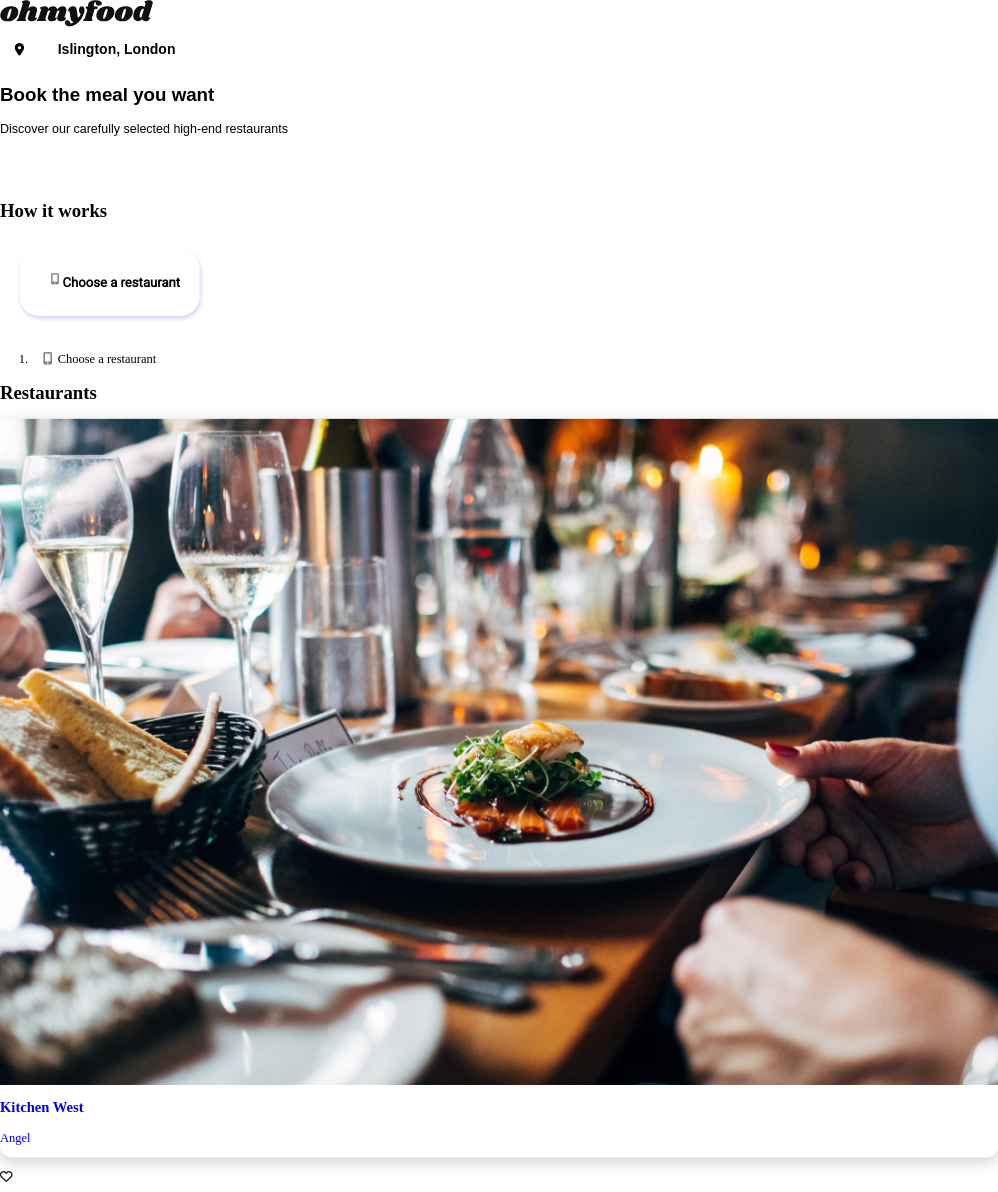
Repository: R1ptou/Project-3
Page: index.html
The author's editor kept a copy of each file at every save. The page is drawn from the files as they stood at one save, then again after the next save.
The browser window is 1280 px wide. The pictures show the whole page, at 78% of full size.
Some web fonts or font styles are not loaded; a fallback is used. The style sheet was rebuilt from its Sass, Less or Tailwind sources for each picture, by a compiler version that may differ from the author's.

Above is the page before, as saved 2024-03-21 15:55:37.

After the next save:
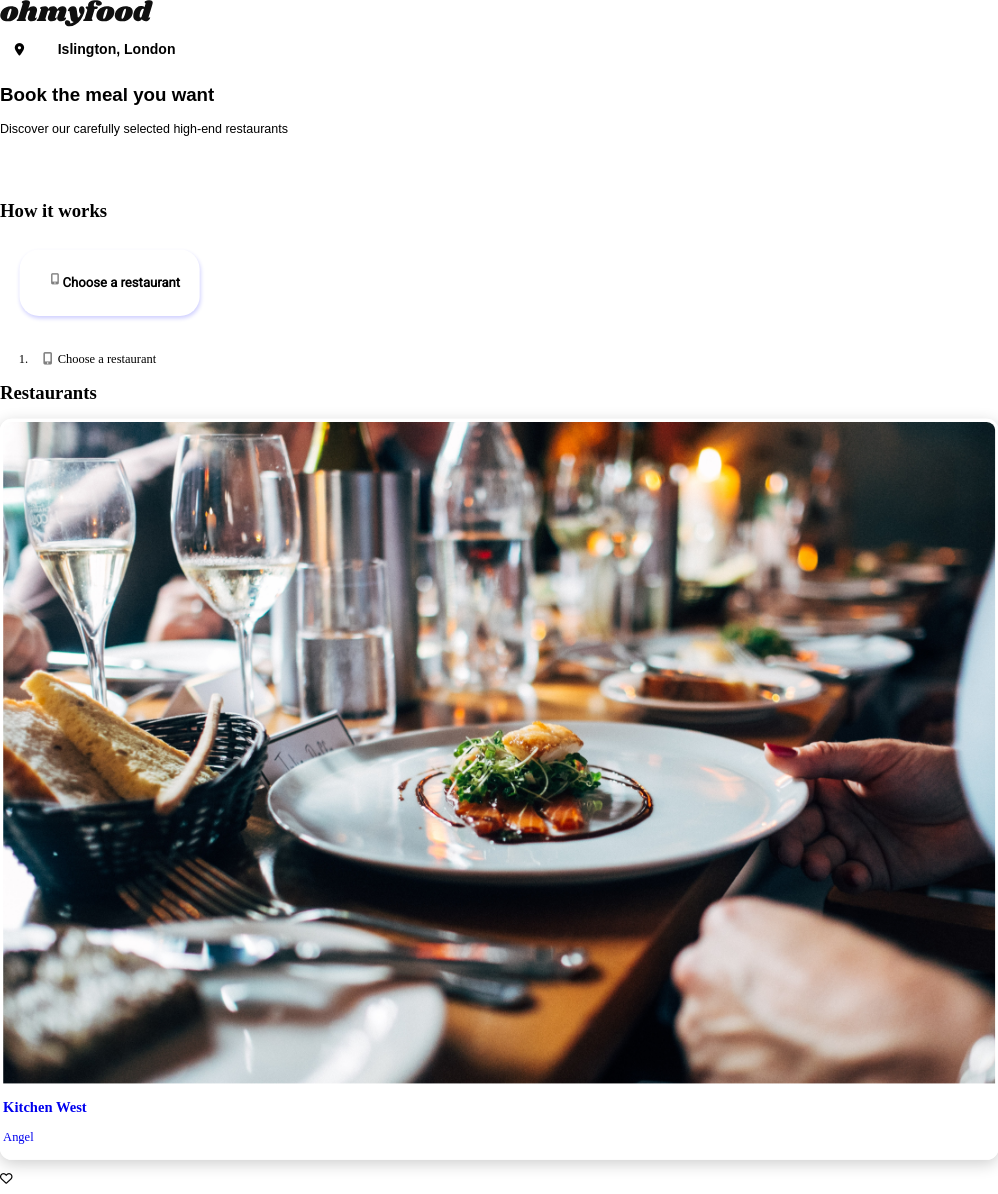
Saved 58 s later.
--- a/scss/_card.scss
+++ b/scss/_card.scss
@@ -39,4 +39,6 @@
     background-color: var(#F6F6F6);
     box-shadow: 0 5px 20px rgba(0,0,0,0.2);
     border-radius: 15px;
+    overflow: hidden;
+    border: 4px solid #fff;
 }
